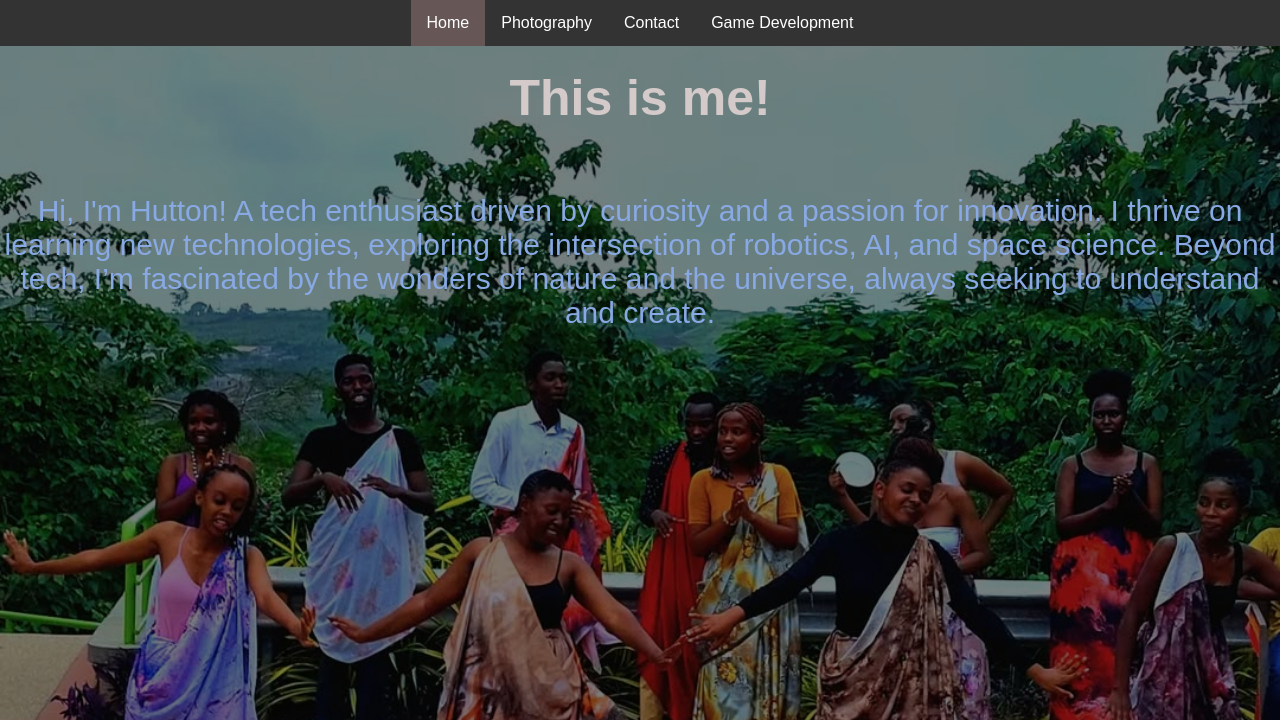
Repository: Argivist/ArgPortfolio
Page: index.html
An editor plug-in stored every save of this project. The page is shown before and after the next save, followed by the edit.
The browser window is 1280 px wide. The pictures show the whole page.

Above is the page before, as saved 2025-03-28 18:43:23.

### index.html
<!DOCTYPE html>
<html lang="en">

<head>
    <meta charset="UTF-8">
    <meta name="viewport" content="width=device-width, initial-scale=1.0">
    <link rel="stylesheet" href="css/styles.css">
    <link rel="stylesheet" href="css/nav.css">
    <link rel="stylesheet" href="css/home.css">

    <title>Hutton Amison-Addy</title>

    <style>
        body{
            background-color: #f0f0f0;
            font-family: 'Arial', sans-serif;
        }
    </style>
</head>

<body>
    <nav>
        <ul>
            <li class="nav-content active active-text"><a href="index.html">Home</a></li>
            <li class="nav-content"><a href="https://www.instagram.com/theworldinoneseye/">Photography</a></li>

            <li class="dropdown nav-content">
                <a href="contact.html">Contact</a>
                <ul class="dropdown-content">
                    <li><a href="https://www.linkedin.com/in/hutton-amison-addy-7b1b3b1b1/">LinkedIn</a></li>
                    <li><a href="https://www.github.com/Argivist">GitHub</a></li>
                    <li><a href="mailto:hutton.amison@ashesi.edu.gh">hutton.amison@ashesi.edu.gh</a></li>
                    <li><a href="mailto:huttonaaddy.public@gmail.com">huttonaaddy.public@gmail.com</a></li>
                </ul>
            </li>

            <li class="dropdown nav-content">
                <a href="#">Game Development</a>
                <ul class="dropdown-content">
                    <li><a href="game/index.html">Game Development Projects</a></li>
                    <li><a href="blender/index.html">Blender</a></li>
                </ul>
            </li>
        </ul>
    </nav>
    <div class="padding">
    </div>
        <div class="overlay">
            <h1>This is me!</h1>
            <p class="desc">
                Hi, I'm Hutton! A tech enthusiast driven by curiosity and a passion for innovation. I thrive on learning new technologies, exploring the intersection of robotics, AI, and space science. Beyond tech, I’m fascinated by the wonders of nature and the universe, always seeking to understand and create.
            </p>
        </div>



</body>

</html>

### css/styles.css
body{
    height: 100%;
    margin: 0;
    padding: 0;
}

 p {
    white-space: pre-line; /* preserves newlines, but collapses extra spaces */
  }

### css/nav.css
/* 1. Define default variables in :root */


/* NAV Content and Dropdown */
.nav-content {
    position: relative;
    display: inline-block;
}

.dropdown {
    position: relative; /* For proper absolute positioning of its child */
    display: inline-block;
}

.dropdown:hover .dropdown-content {
    display: block;
}

.dropdown-content {
    display: none;
    position: absolute; /* This makes it overlay other elements without affecting layout */
    background-color: var(--dropdown-bg);
    min-width: 160px;
    box-shadow: 0px 8px 16px 0px rgba(0,0,0,0.2);
    z-index: 1;
}

/* Nav Stylisation */
nav {
    background-color: var(--nav-bg);
    position: fixed;
    top: 0;
    left: 0;
    width: 100vw;
    z-index: 100;
    display: flex;
    justify-content: center;  /* Centers the nav content horizontally */
    align-items: center;      /* Vertically centers items */
    margin: 0;
    color: var(--nav-link-color);
}

/* Reserve space for the fixed navbar */
.padding {
    height: 35px;  /* Adjust this value to match your navbar's height */
    top: 0;
    left: 0;
    width: 100%;
    bottom: 0;
}

/* Nav List Styles */
nav ul {
    list-style-type: none;
    margin: 0;
    padding: 0;
    display: flex;
}

nav ul li {
    display: inline-block;
    margin: 0;
    text-align: center;
    /* If you want each <li> to match nav’s background: */
    background-color: var(--nav-bg);
}

/* Nav Links */
nav ul li a {
    display: block;
    color: var(--nav-link-color);
    text-align: center;
    padding: 14px 16px;
    text-decoration: none;
}

nav ul li a:hover {
    background-color: var(--nav-link-hover-bg);
    color: var(--nav-link-active-color);
}

/* Optional: Ensure dropdown list items take full width */
.dropdown ul li {
    width: 100%;
}

/* Active link styling */
.active {
    background-color: var(--active-bg);
    /* color: var(--nav-link-active-color); */
    text-decoration: none;
}
/* If .active is on the <li>, target the <a> inside */
.active-text{
    color: var(--nav-link-active-color);
}

### css/home.css
/* Custom Theme variables */
:root {
    --nav-bg: #333;
    --nav-link-color: #fff;
    --nav-link-hover-bg: #111;
    --dropdown-bg: #f9f9f9;
    --active-bg: #675656;
    --body-text-color: #89a9e4;      /* General text color */
    --heading-text-color: #d4caca;   /* Headings, if desired */
}


h1 {
    color: var(--heading-text-color);
    font-size: 50px;
    text-align: center;
    /* text-shadow: 2px 2px 5px rgba(0, 0, 0, 0.5); */
}

p {
    color: var(--body-text-color);
    font-size: 30px;
    text-align: center;
    /* text-shadow: 2px 2px 5px rgba(0, 0, 0, 0.5); */
}


body {
    background-image:url('../img/home.jpeg');
    background-size:cover;    /* Ensures the image covers the whole screen */
    background-repeat: no-repeat;  /* Prevents tiling */
    background-position: center 15%;

    /*  */
    /* background-position: center;   Centers the image */
}
.overlay {
    position: fixed;
    /* top: 0; */
    left: 0;
    width: 100%;
    height: 100%;
    background-color: rgba(0, 0, 0, 0.5); /* Adjust opacity as needed */
    z-index: -1; /* Keeps it behind your content */
}

After the next save:
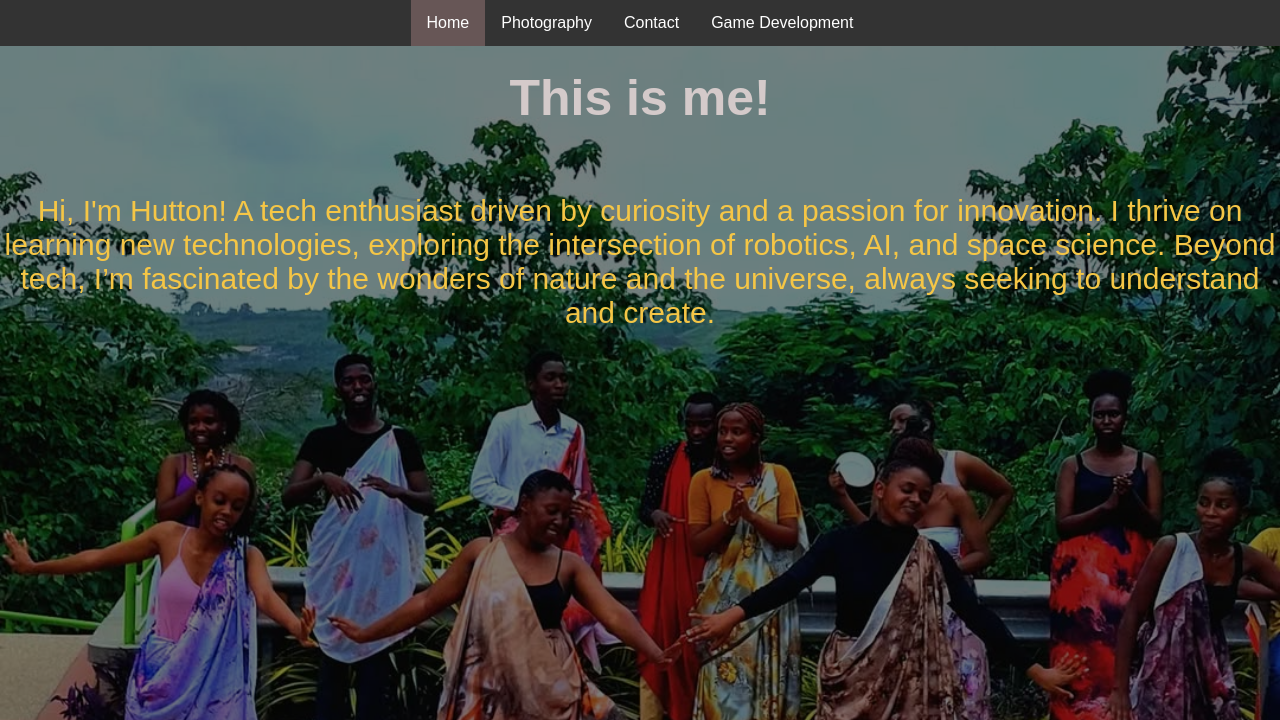
Saved 15 s later.
--- a/css/home.css
+++ b/css/home.css
@@ -5,7 +5,7 @@
     --nav-link-hover-bg: #111;
     --dropdown-bg: #f9f9f9;
     --active-bg: #675656;
-    --body-text-color: #89a9e4;      /* General text color */
+    --body-text-color: #f5c646;      /* General text color */
     --heading-text-color: #d4caca;   /* Headings, if desired */
 }
 
